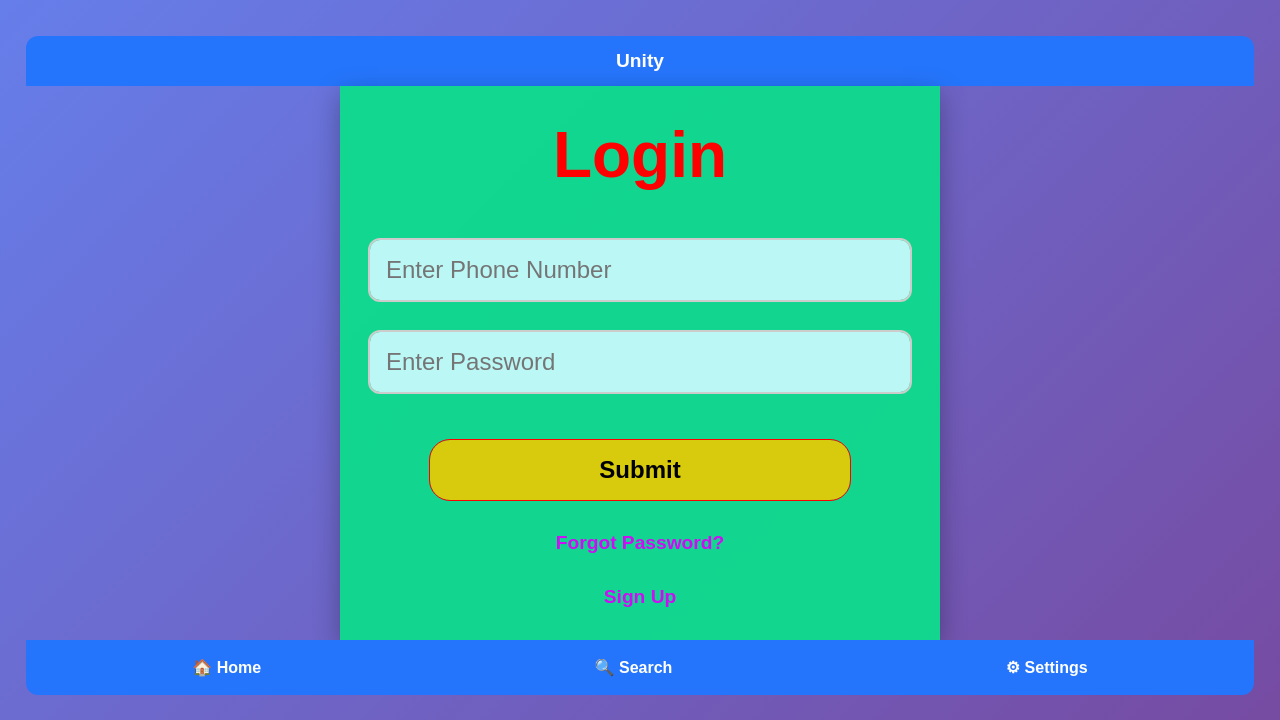
Repository: Amani-Kibet/express-app-web
Page: pages/chat.html
The author's editor kept a copy of each file at every save. The page is drawn from the files as they stood at one save, then again after the next save.
The browser window is 1280 px wide. The pictures show the whole page.

Above is the page before, as saved 2025-09-29 10:10:46.

After the next save:
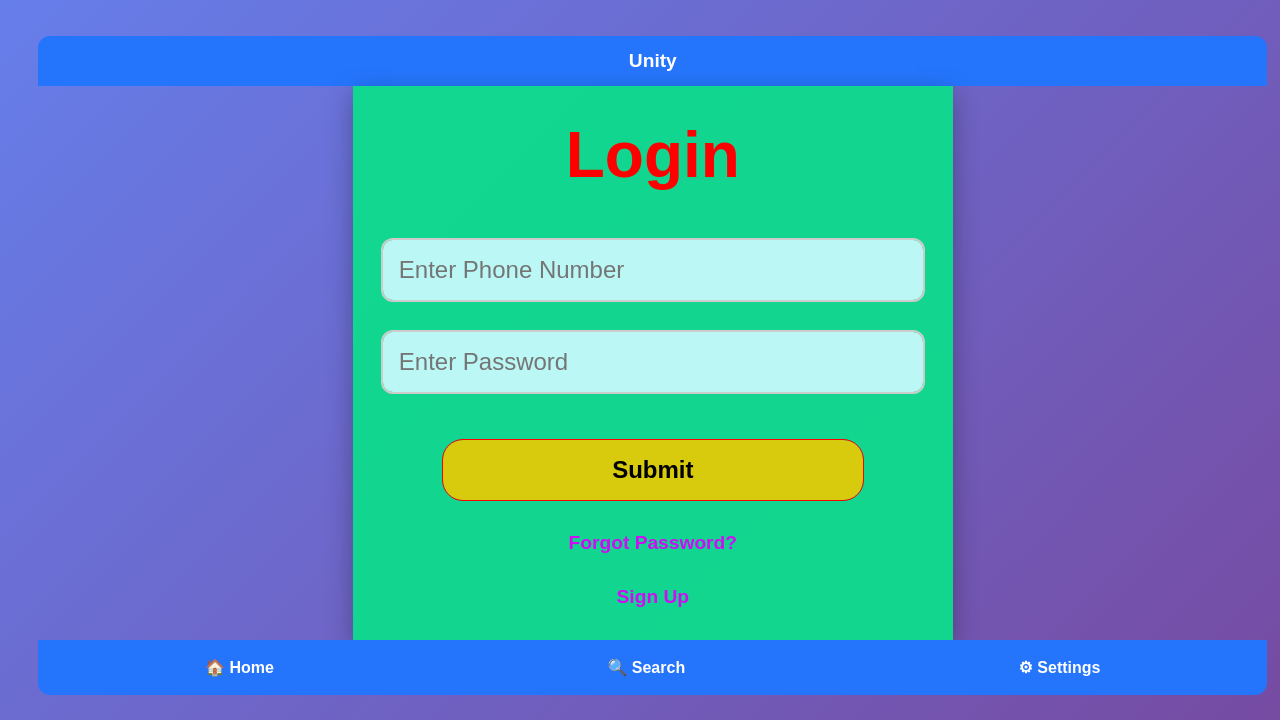
Saved 30 s later.
--- a/pages/chat.html
+++ b/pages/chat.html
@@ -55,8 +55,7 @@
       padding: 0 2%;
       position: relative;
       top: 5%;
-      left: 1%
-      display:
+      left: 1%;
     }
     #board {
       width: 100%;
